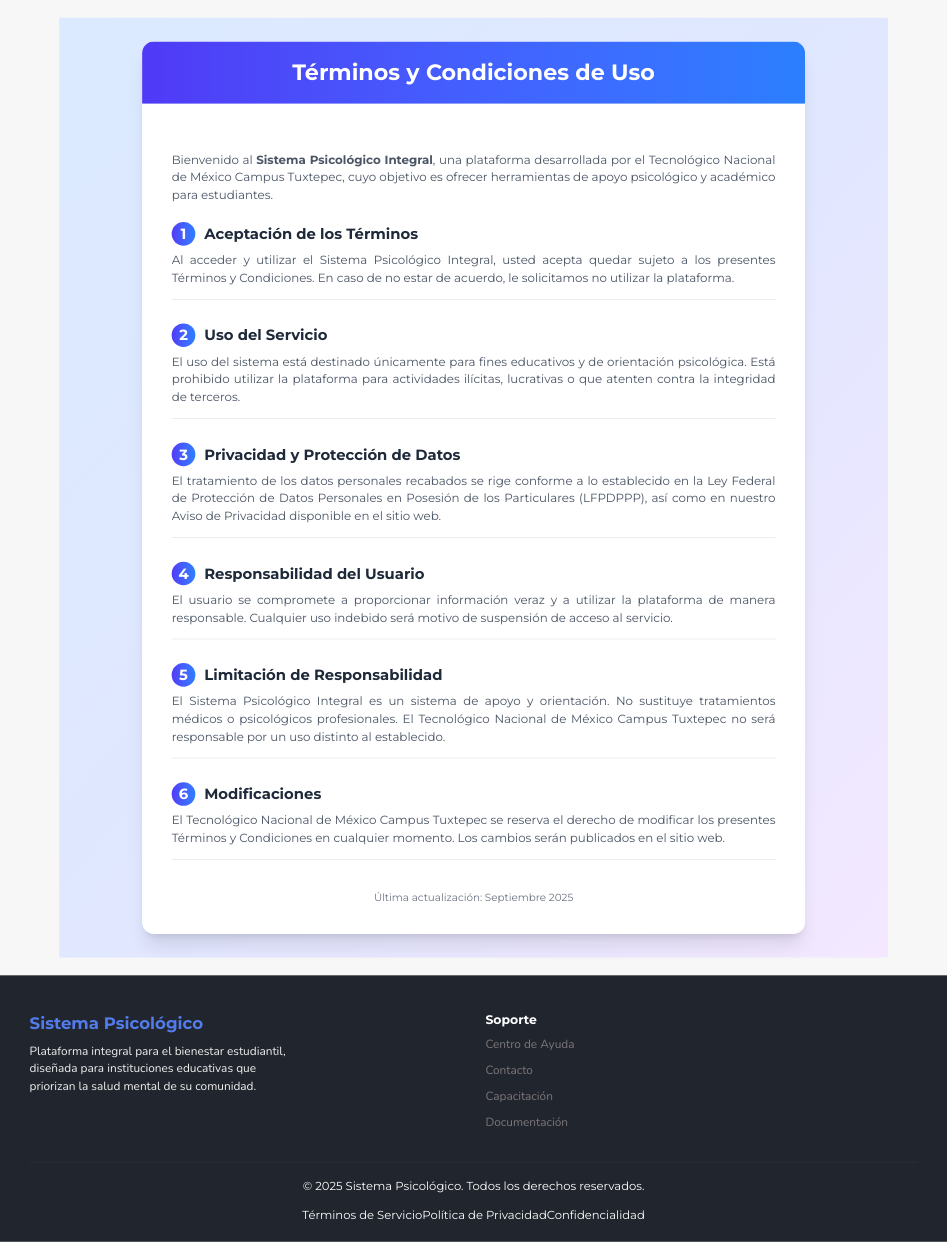
Repository: moon1710/SistemaPsico
Page: /terminos (app in client/)
These files come from the project's save history. The page is drawn as it stood at one moment and after the next save; the edit follows.
The browser window is 1280 px wide. The pictures show the whole page, at 74% of full size.
The project was rebuilt for these pictures with package versions that can differ from the ones it lists, and the page was loaded fresh each time. Also part of the build but not shown: client/vite.config.js, client/src/components/onboarding/onboardingConfig.js, client/src/components/onboarding/TutorialSteps.jsx, client/src/components/onboarding/WelcomeForm.jsx, client/src/components/onboarding/OnboardingModal.jsx, client/src/components/layout/AdaptiveSidebar/sidebarConfig.jsx, client/src/components/layout/AdaptiveSidebar/MenuItem.jsx, client/src/components/layout/AdaptiveSidebar/SidebarHeader.jsx and 40 more.

Above is the page before, as saved 2025-09-22 15:51:28.

### client/index.html
<!doctype html>
<html lang="en">
  <head>
    <meta charset="UTF-8" />
    <link rel="icon" type="image/svg+xml" href="/idea.png" />
    <meta name="viewport" content="width=device-width, initial-scale=1.0" />
    <title>Sistema Psicológico</title>
  </head>
  <body>
    <div id="root"></div>
    <script type="module" src="/src/main.jsx"></script>
  </body>
</html>

### client/src/App.jsx
import React from "react";
import { Routes, Route } from "react-router-dom";
import { useAuth } from "./contexts/AuthContext";

// Importar el provider y componentes del onboarding
import { OnboardingProvider } from "./contexts/OnboardingContext";
import OnboardingModal from "./components/onboarding/OnboardingModal";

import Layout from "./components/layout/Layout";
import PublicLayout from "./components/layout/PublicLayout";

import ProtectedRoute, {
  PublicOnlyRoute,
  PsychologyStaffRoute,
} from "./components/auth/ProtectedRoute";

import LandingPage from "./pages/LandingPage";
import LoginPage from "./pages/LoginPage";
import DashboardPage from "./pages/DashboardPage";

//Paginas de Info
import AboutUsPage from "./pages/AboutUsPage";
import HelpPage from "./pages/HelpPage";
import DocsPage from "./pages/DocsPage";
import TerminosPage from "./pages/TerminosPage";
import PrivacidadPage from "./pages/PrivacidadPage";
import ConfidencialidadPage from "./pages/ConfidencialidadPage";

//QuizzesPages
import PublicQuizzesPage from "./pages/quizzes/PublicQuizzesPage";
import TakeQuizPage from "./pages/quizzes/TakeQuizPage";
import MyResultsPage from "./pages/quizzes/MyResultsPage";
import AdminResultsPage from "./pages/quizzes/AdminResultsPage";
import AnalyticsPage from "./pages/quizzes/AnalyticsPage";

//AppointmentPages
import BookAppointmentPage from "./pages/citas/BookAppointmentPage";
import AgendaPage from "./pages/citas/AgendaPage";
import AvailabilityPage from "./pages/citas/AvailabilityPage";
import AppointmentDetailPage from "./pages/citas/AppointmentDetailPage";
import AdminAppointmentsPage from "./pages/citas/AdminAppointmentsPage";

import { ROUTES } from "./utils/constants";
import "./App.css";

function App() {
  const { isLoading } = useAuth();

  if (isLoading) {
    return (
      <div className="min-h-screen flex items-center justify-center bg-gray-50">
        <div className="text-center">
          <div className="animate-spin rounded-full h-12 w-12 border-b-2 border-blue-600 mx-auto mb-4"></div>
          <p className="text-gray-600">Cargando aplicación...</p>
        </div>
      </div>
    );
  }

  return (
    <OnboardingProvider>
      {/* Modal de Onboarding - Se mostrará automáticamente cuando sea la primera vez */}
      <OnboardingModal />
      <Routes>
      {/* Públicas solo para NO autenticados */}
      <Route
        path="/"
        element={
          <PublicOnlyRoute>
            <LandingPage />
          </PublicOnlyRoute>
        }
      />
      <Route
        path={ROUTES.LOGIN}
        element={
          <PublicOnlyRoute>
            <LoginPage />
          </PublicOnlyRoute>
        }
      />

      {/* Públicas ABIERTAS */}
      <Route
        path={ROUTES.ABOUTUS}
        element={
          <PublicLayout>
            <AboutUsPage />
          </PublicLayout>
        }
      />
      <Route
        path={ROUTES.HELP}
        element={
          <PublicLayout>
            <HelpPage />
          </PublicLayout>
        }
      />
      <Route
        path={ROUTES.TERMINOS}
        element={
          <PublicLayout>
            <TerminosPage />
          </PublicLayout>
        }
      />
      <Route
        path={ROUTES.PRIVACIDAD}
        element={
          <PublicLayout>
            <PrivacidadPage />
          </PublicLayout>
        }
      />
      <Route
        path={ROUTES.DOCUMENTACION}
        element={
          <PublicLayout>
            <DocsPage />
          </PublicLayout>
        }
      />
      <Route
        path={ROUTES.CONFINDENCIALIDAD}
        element={
          <PublicLayout>
            <ConfidencialidadPage />
          </PublicLayout>
        }
      />
      {/* Alias opcional correcto */}
      <Route
        path={ROUTES.CONFIDENCIALIDAD_ALIAS}
        element={
          <PublicLayout>
            <ConfidencialidadPage />
          </PublicLayout>
        }
      />

      {/* Quizzes (protegidas) */}
      <Route
        path={ROUTES.QUIZ_CONTESTAR}
        element={
          <ProtectedRoute>
            <Layout>
              <PublicQuizzesPage />
            </Layout>
          </ProtectedRoute>
        }
      />
      <Route
        path={ROUTES.QUIZ_CONTESTAR_DETALLE}
        element={
          <ProtectedRoute>
            <Layout>
              <TakeQuizPage />
            </Layout>
          </ProtectedRoute>
        }
      />
      <Route
        path={ROUTES.MIS_RESULTADOS}
        element={
          <ProtectedRoute>
            <Layout>
              <MyResultsPage />
            </Layout>
          </ProtectedRoute>
        }
      />
      <Route
        path={ROUTES.QUIZ_RESULTADOS_ADMIN}
        element={
          <ProtectedRoute requiredRoles={['PSICOLOGO', 'ORIENTADOR', 'ADMIN_INSTITUCION', 'SUPER_ADMIN_INSTITUCION', 'SUPER_ADMIN_NACIONAL']}>
            <Layout>
              <AdminResultsPage />
            </Layout>
          </ProtectedRoute>
        }
      />
      <Route
        path={ROUTES.QUIZ_ANALYTICS_ADMIN}
        element={
          <ProtectedRoute requiredRoles={['PSICOLOGO', 'ORIENTADOR', 'ADMIN_INSTITUCION', 'SUPER_ADMIN_INSTITUCION', 'SUPER_ADMIN_NACIONAL']}>
            <Layout>
              <AnalyticsPage />
            </Layout>
          </ProtectedRoute>
        }
      />

      {/* Appointment Routes */}
      {/* Student - Book Appointment */}
      <Route
        path={ROUTES.AGENDAR_CITA}
        element={
          <ProtectedRoute requiredRoles={['ESTUDIANTE']}>
            <Layout>
              <BookAppointmentPage />
            </Layout>
          </ProtectedRoute>
        }
      />

      {/* Appointment Detail - Accessible by students and psychologists */}
      <Route
        path={ROUTES.CITA_DETALLE}
        element={
          <ProtectedRoute requiredRoles={['ESTUDIANTE', 'PSICOLOGO']}>
            <Layout>
              <AppointmentDetailPage />
            </Layout>
          </ProtectedRoute>
        }
      />

      {/* Psychologist - Agenda */}
      <Route
        path={ROUTES.AGENDA}
        element={
          <ProtectedRoute requiredRoles={['PSICOLOGO']}>
            <Layout>
              <AgendaPage />
            </Layout>
          </ProtectedRoute>
        }
      />

      {/* Psychologist - Availability Configuration */}
      <Route
        path={ROUTES.DISPONIBILIDAD}
        element={
          <ProtectedRoute requiredRoles={['PSICOLOGO']}>
            <Layout>
              <AvailabilityPage />
            </Layout>
          </ProtectedRoute>
        }
      />

      {/* Admin - Appointments Management */}
      <Route
        path={ROUTES.CITAS_ADMIN}
        element={
          <ProtectedRoute requiredRoles={['ADMIN_INSTITUCION', 'SUPER_ADMIN_INSTITUCION', 'SUPER_ADMIN_NACIONAL']}>
            <Layout>
              <AdminAppointmentsPage />
            </Layout>
          </ProtectedRoute>
        }
      />

      {/* Protegidas */}
      <Route
        path={ROUTES.DASHBOARD}
        element={
          <ProtectedRoute>
            <Layout>
              <DashboardPage />
            </Layout>
          </ProtectedRoute>
        }
      />
      </Routes>
    </OnboardingProvider>
  );
}

export default App;

### client/src/contexts/OnboardingContext.jsx
// client/src/contexts/OnboardingContext.jsx
import React, { createContext, useContext, useState, useEffect } from "react";
import { useAuth } from "./AuthContext";

const OnboardingContext = createContext();

export const useOnboarding = () => {
  const context = useContext(OnboardingContext);
  if (!context) {
    throw new Error("useOnboarding debe usarse dentro de OnboardingProvider");
  }
  return context;
};

export const OnboardingProvider = ({ children }) => {
  const { user, setUser } = useAuth();
  const [isFirstTime, setIsFirstTime] = useState(false);
  const [showOnboarding, setShowOnboarding] = useState(false);
  const [currentStep, setCurrentStep] = useState(0);
  const [onboardingCompleted, setOnboardingCompleted] = useState(false);

  // Clave para localStorage basada en el usuario
  const getStorageKey = () => {
    return user?.id ? `onboarding_completed_${user.id}` : null;
  };

  // Verificar si es primera vez del usuario
  useEffect(() => {
    if (user?.id) {
      // PRIORIDAD TOTAL al campo perfilCompletado de la BD
      const profileCompleted = user.perfilCompletado === 1 || user.perfilCompletado === true;

      console.log('🔍 [OnboardingContext] Verificando estado:', {
        userId: user.id,
        perfilCompletado: user.perfilCompletado,
        profileCompleted,
        shouldShowModal: !profileCompleted
      });

      if (!profileCompleted) {
        // Perfil NO completado -> mostrar modal
        setIsFirstTime(true);
        setShowOnboarding(true);
        setOnboardingCompleted(false);
        console.log('📝 [OnboardingContext] Mostrando modal de onboarding');
      } else {
        // Perfil completado -> no mostrar modal
        setIsFirstTime(false);
        setShowOnboarding(false);
        setOnboardingCompleted(true);
        console.log('✅ [OnboardingContext] Perfil ya completado, ocultando modal');
      }
    }
  }, [user?.id, user?.perfilCompletado]);

  // Refrescar datos del usuario desde el servidor
  const refreshUserProfile = async () => {
    try {
      const token = localStorage.getItem('auth_token');
      if (!token) return;

      const response = await fetch('/api/auth/profile', {
        method: 'GET',
        headers: {
          'Authorization': `Bearer ${token}`,
          'Content-Type': 'application/json',
        },
        credentials: 'include',
      });

      if (response.ok) {
        const result = await response.json();
        if (result.success && result.data?.user) {
          const freshUser = result.data.user;
          setUser(freshUser);
          console.log('🔄 [OnboardingContext] Usuario refrescado desde servidor:', freshUser);

          // También actualizar localStorage
          localStorage.setItem('user_data', JSON.stringify(freshUser));
          return freshUser;
        }
      }
    } catch (error) {
      console.error('❌ [OnboardingContext] Error refrescando usuario:', error);
    }
    return null;
  };

  // Marcar onboarding como completado
  const completeOnboarding = async () => {
    if (user?.id) {
      const storageKey = getStorageKey();
      localStorage.setItem(storageKey, "true");
      setOnboardingCompleted(true);
      setShowOnboarding(false);
      setIsFirstTime(false);

      // IMPORTANTE: Obtener datos frescos del servidor en lugar de solo actualizar localmente
      console.log('🔄 [OnboardingContext] Refrescando datos del usuario desde servidor...');
      const freshUser = await refreshUserProfile();

      if (freshUser) {
        console.log('✅ [OnboardingContext] Usuario actualizado con datos frescos');
      } else {
        // Fallback: actualizar localmente si falla la petición
        const updatedUser = {
          ...user,
          perfilCompletado: 1
        };
        setUser(updatedUser);
        console.log('⚠️ [OnboardingContext] Fallback: Usuario actualizado localmente');
      }
    }
  };

  // Reiniciar onboarding (para testing o reactivar)
  const resetOnboarding = () => {
    if (user?.id) {
      const storageKey = getStorageKey();
      localStorage.removeItem(storageKey);
      setOnboardingCompleted(false);
      setIsFirstTime(true);
      setShowOnboarding(true);
      setCurrentStep(0);
    }
  };

  // Navegar entre pasos
  const nextStep = () => {
    setCurrentStep((prev) => prev + 1);
  };

  const prevStep = () => {
    setCurrentStep((prev) => Math.max(0, prev - 1));
  };

  const goToStep = (step) => {
    setCurrentStep(step);
  };

  // Cerrar onboarding sin completar
  const closeOnboarding = () => {
    setShowOnboarding(false);
  };

  const value = {
    isFirstTime,
    showOnboarding,
    currentStep,
    onboardingCompleted,
    completeOnboarding,
    resetOnboarding,
    nextStep,
    prevStep,
    goToStep,
    closeOnboarding,
    user,
  };

  return (
    <OnboardingContext.Provider value={value}>
      {children}
    </OnboardingContext.Provider>
  );
};

### client/src/components/layout/PublicLayout.jsx
// components/layout/PublicLayout.jsx
import Footer from "./Footer";

export default function PublicLayout({ children }) {
  return (
    <div className="min-h-screen bg-[#f7f7f7] text-[#1d1d1f]">
      <main className="max-w-6xl mx-auto px-4 py-6">{children}</main>
      <Footer />
    </div>
  );
}

### client/src/pages/TerminosPage.jsx
// src/pages/TerminosPage.jsx


export default function TerminosPage() {


  return (
    <div className="min-h-screen w-full bg-gradient-to-br from-blue-100 via-indigo-100 to-purple-100 p-8 flex items-center justify-center">
      <div className="max-w-4xl w-full bg-white shadow-xl rounded-2xl overflow-hidden">
        {/* Encabezado con barra de color */}
        <div className="bg-gradient-to-r from-indigo-600 to-blue-500 p-6">
          <h1 className="text-3xl font-bold text-white text-center">
            Términos y Condiciones de Uso
          </h1>
        </div>

        {/* Contenido */}
        <div className="p-10">
          <p className="text-sm text-gray-500 mb-6">
          </p>

          <p className="text-gray-600 mb-6 text-justify">
            Bienvenido al <strong>Sistema Psicológico Integral</strong>, una
            plataforma desarrollada por el Tecnológico Nacional de México Campus
            Tuxtepec, cuyo objetivo es ofrecer herramientas de apoyo psicológico
            y académico para estudiantes.
          </p>

          {/* Secciones */}
          <Section
            number="1"
            title="Aceptación de los Términos"
            text="Al acceder y utilizar el Sistema Psicológico Integral, usted acepta quedar sujeto a los presentes Términos y Condiciones. En caso de no estar de acuerdo, le solicitamos no utilizar la plataforma."
          />
          <Section
            number="2"
            title="Uso del Servicio"
            text="El uso del sistema está destinado únicamente para fines educativos y de orientación psicológica. Está prohibido utilizar la plataforma para actividades ilícitas, lucrativas o que atenten contra la integridad de terceros."
          />
          <Section
            number="3"
            title="Privacidad y Protección de Datos"
            text="El tratamiento de los datos personales recabados se rige conforme a lo establecido en la Ley Federal de Protección de Datos Personales en Posesión de los Particulares (LFPDPPP), así como en nuestro Aviso de Privacidad disponible en el sitio web."
          />
          <Section
            number="4"
            title="Responsabilidad del Usuario"
            text="El usuario se compromete a proporcionar información veraz y a utilizar la plataforma de manera responsable. Cualquier uso indebido será motivo de suspensión de acceso al servicio."
          />
          <Section
            number="5"
            title="Limitación de Responsabilidad"
            text="El Sistema Psicológico Integral es un sistema de apoyo y orientación. No sustituye tratamientos médicos o psicológicos profesionales. El Tecnológico Nacional de México Campus Tuxtepec no será responsable por un uso distinto al establecido."
          />
          <Section
            number="6"
            title="Modificaciones"
            text="El Tecnológico Nacional de México Campus Tuxtepec se reserva el derecho de modificar los presentes Términos y Condiciones en cualquier momento. Los cambios serán publicados en el sitio web."
          />

          <p className="text-gray-500 text-center text-sm mt-10">
            Última actualización: Septiembre 2025
          </p>
        </div>
      </div>
    </div>
  );
}

function Section({ number, title, text }) {
  return (
    <div className="mb-8">
      <h2 className="flex items-center text-xl font-semibold text-gray-800 mb-2">
        <span className="flex items-center justify-center w-8 h-8 mr-3 rounded-full bg-gradient-to-r from-indigo-600 to-blue-500 text-white font-bold">
          {number}
        </span>
        {title}
      </h2>
      <p className="text-gray-600 text-justify">{text}</p>
      <div className="border-b border-gray-200 mt-4"></div>
    </div>
  );
}

### client/src/components/layout/Footer.jsx
import { Link } from "react-router-dom";
import { ROUTES } from "../../utils/constants";

export default function Footer() {
  return (
    <footer className="footer">
      <div className="footer-inner">
        <div className="footer-main">
          <div>
            <h3 className="footer-title">Sistema Psicológico</h3>
            <p className="footer-desc">
              Plataforma integral para el bienestar estudiantil, diseñada para
              instituciones educativas que priorizan la salud mental de su
              comunidad.
            </p>
          </div>

          <div>
            <h4
              className="footer-title"
              style={{ color: "#fff", fontWeight: 600, fontSize: "1.05rem" }}
            >
              Soporte
            </h4>
            <ul className="footer-links">
              <li>
                <Link to={ROUTES.HELP}>Centro de Ayuda</Link>
              </li>
              <li>
                <Link to={ROUTES.ABOUTUS}>Contacto</Link>
              </li>
              <li>
                <Link to={ROUTES.DOCUMENTACION}>Capacitación</Link>
              </li>
              <li>
                <Link to={ROUTES.DOCUMENTACION}>Documentación</Link>
              </li>
            </ul>
          </div>
        </div>

        <div className="footer-bottom">
          <p>
            © {new Date().getFullYear()} Sistema Psicológico. Todos los derechos
            reservados.
          </p>
          <div className="footer-bottom-links">
            <Link to={ROUTES.TERMINOS}>Términos de Servicio</Link>
            <Link to={ROUTES.PRIVACIDAD}>Política de Privacidad</Link>
            <Link to={ROUTES.CONFINDENCIALIDAD}>Confidencialidad</Link>
          </div>
        </div>
      </div>
    </footer>
  );
}

Loaded but not shown: client/src/main.jsx (common file); client/src/App.css (common file); client/src/utils/constants.js (213 lines, source omitted); client/src/services/authService.js (219 lines, source omitted); client/src/utils/roles.js (38 lines, source omitted); client/src/index.css (441 lines, source omitted); client/src/contexts/AuthContext.jsx (292 lines, source omitted)

After the next save:
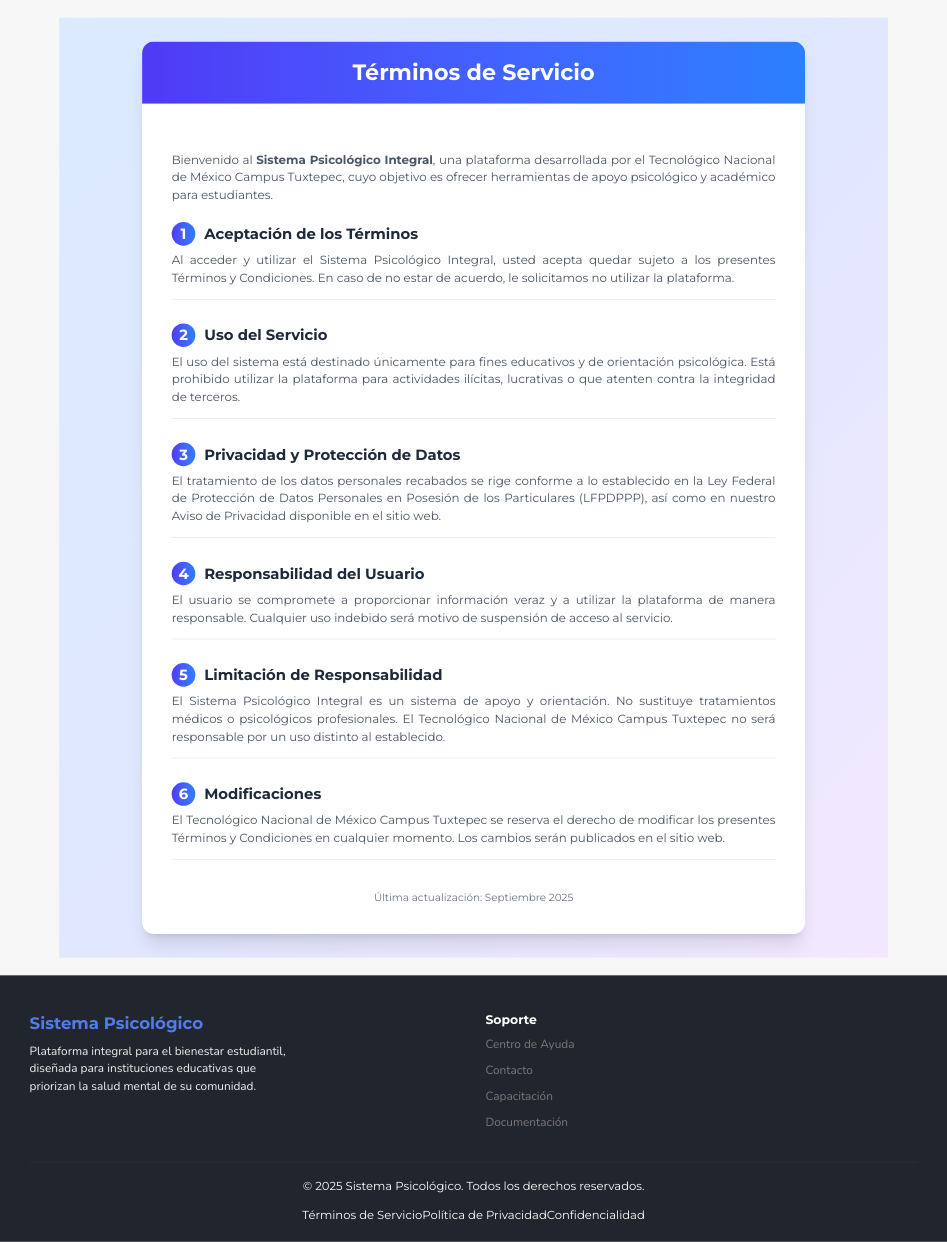
Saved 23 s later.
--- a/client/src/pages/TerminosPage.jsx
+++ b/client/src/pages/TerminosPage.jsx
@@ -10,7 +10,7 @@ export default function TerminosPage() {
         {/* Encabezado con barra de color */}
         <div className="bg-gradient-to-r from-indigo-600 to-blue-500 p-6">
           <h1 className="text-3xl font-bold text-white text-center">
-            Términos y Condiciones de Uso
+            Términos de Servicio
           </h1>
         </div>
 
